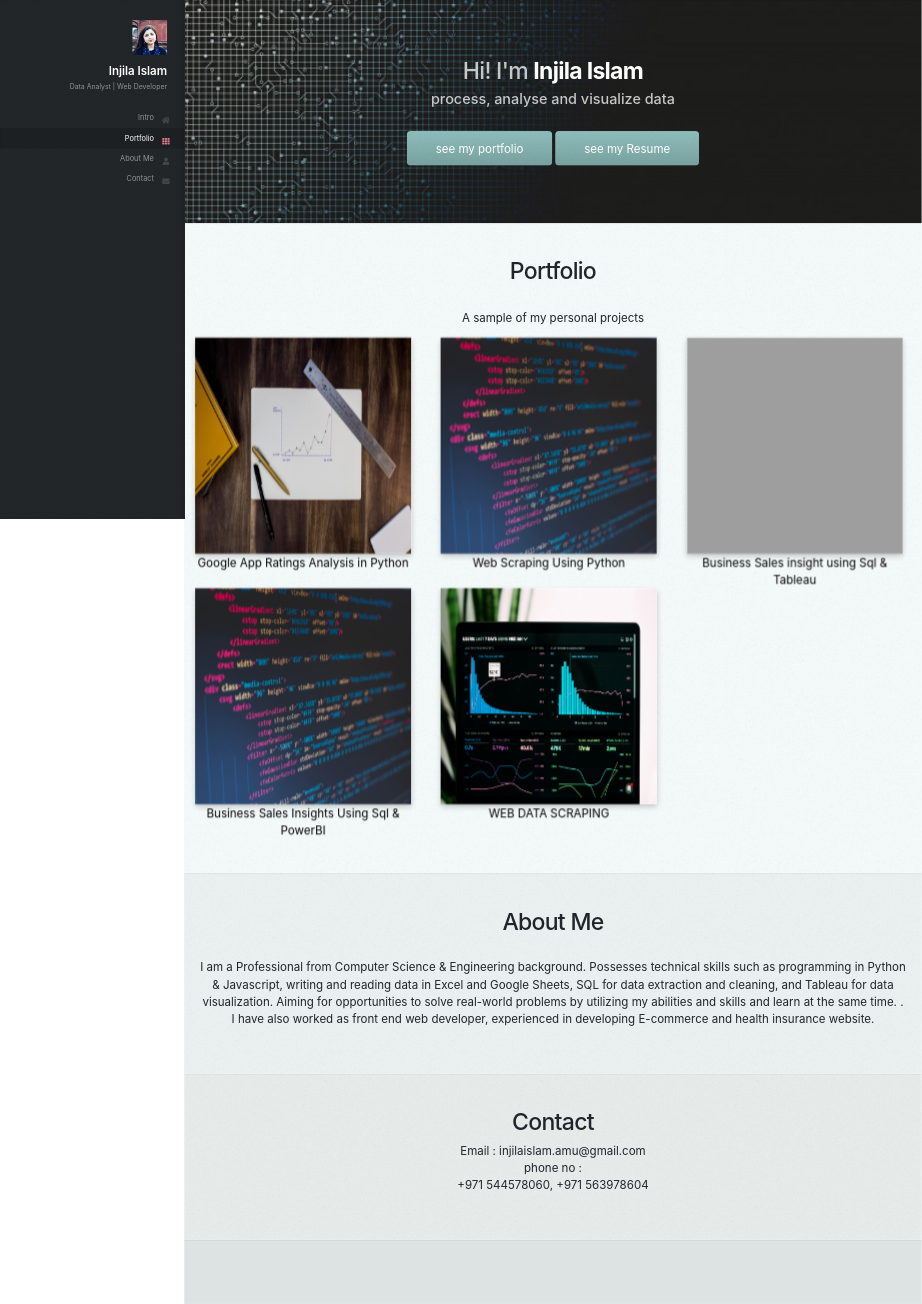
Repository: IslamInjila/new_portfolio
Page: index.html
The author's editor kept a copy of each file at every save. The page is drawn from the files as they stood at one save, then again after the next save.
The browser window is 1280 px wide. The pictures show the whole page, at 72% of full size.
Pictures or frames that could not be fetched are drawn as grey boxes. Some web libraries are served in a nearby version.

Above is the page before, as saved 2021-06-02 15:21:50.
Console error: TypeError: Cannot read properties of undefined (reading 'fn')

After the next save:
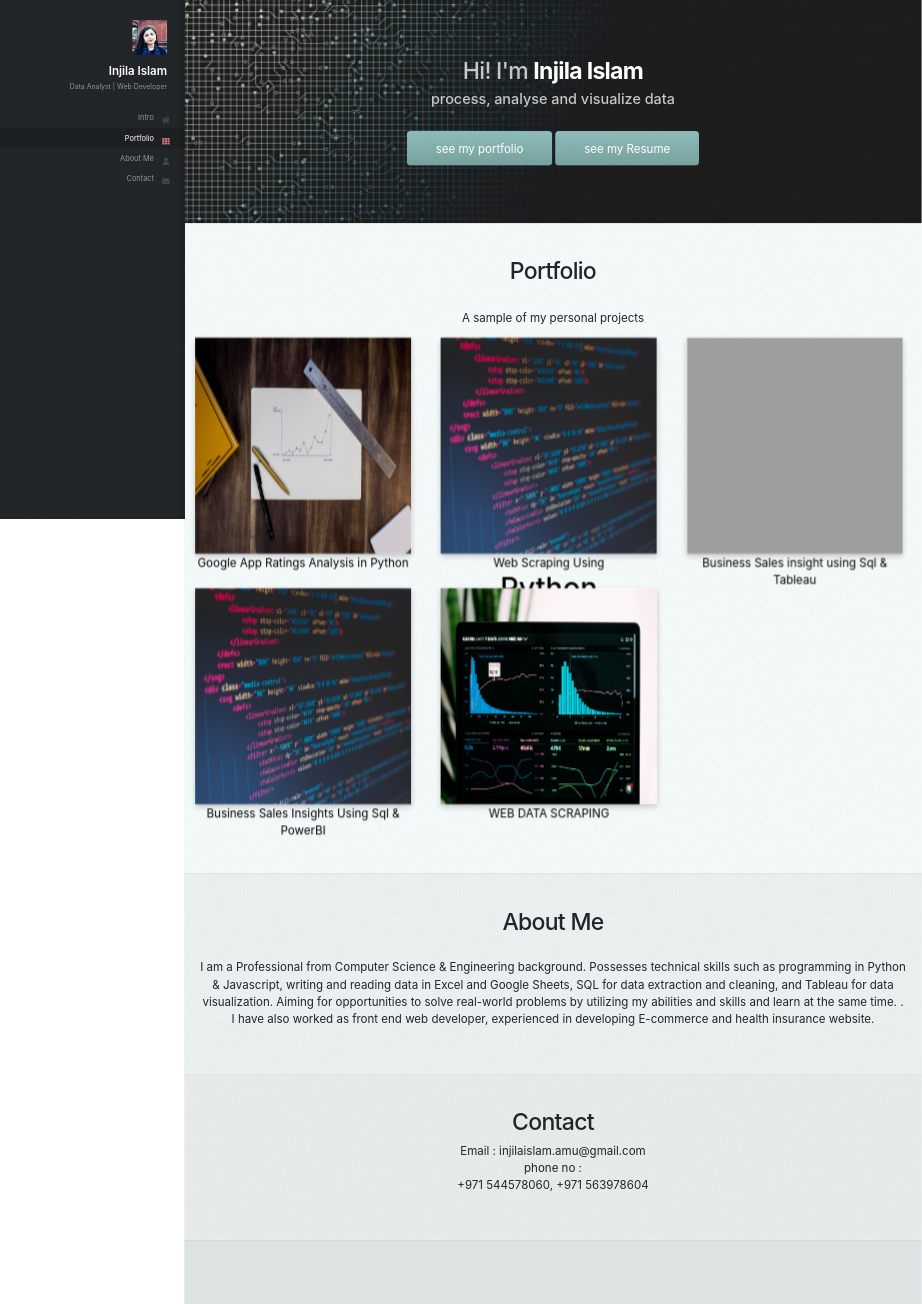
Saved 65 s later.
--- a/index.html
+++ b/index.html
@@ -161,7 +161,7 @@
 
 											<img src="images/data1.jpg" alt="Avatar" style="width:300px;height:300px;">
 											<div class="text-block" style="font-size: medium;">
-												Web Scraping Using Python
+												Web Scraping Using <h1>Python</h1>
 												</div>
 
 										   </div>
